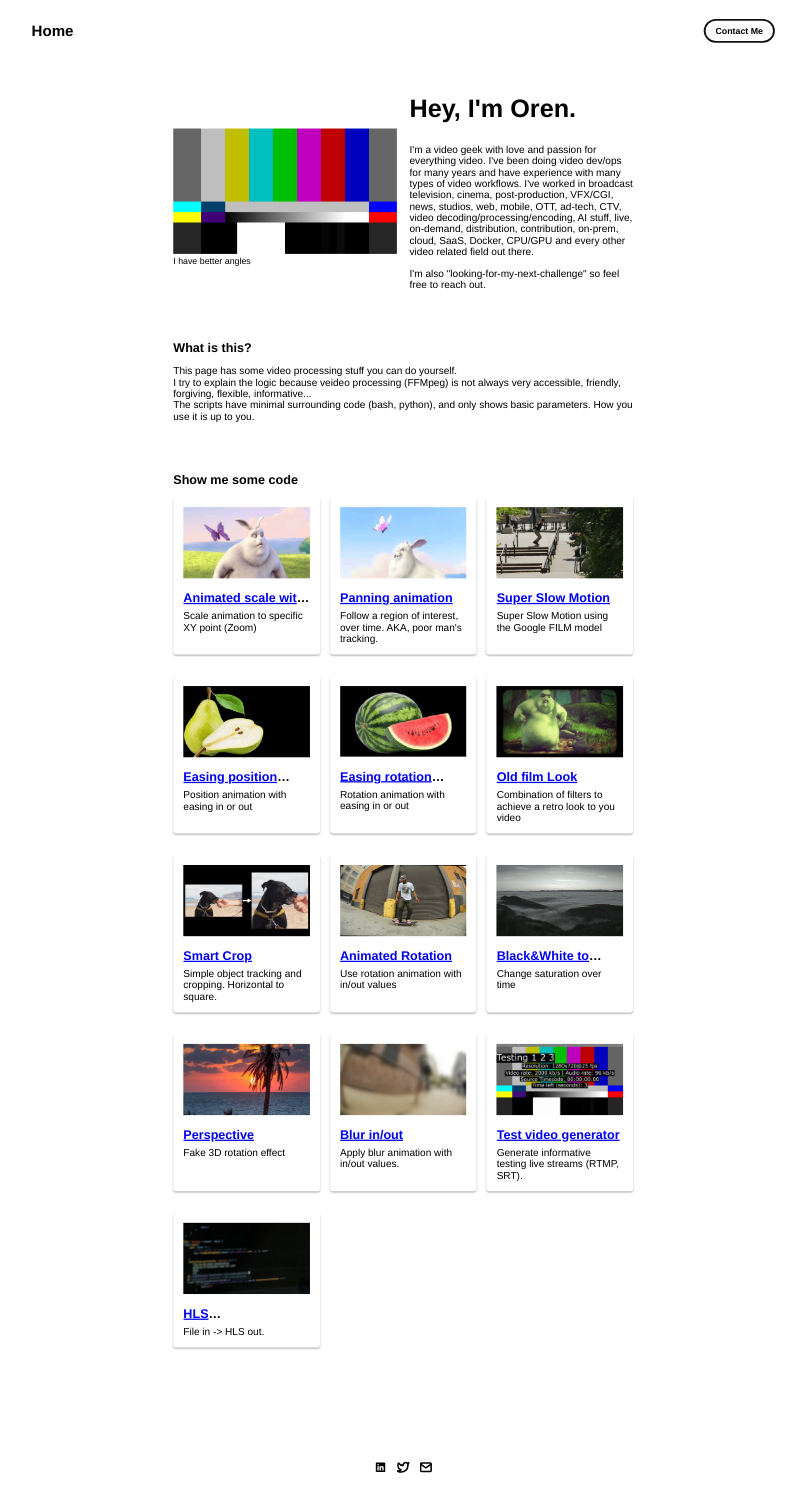
Repository: OrenShalmy/orenshalmy.github.io
Page: index.html
These files come from the project's save history. The page is drawn as it stood at one moment and after the next save; the edit follows.
The browser window is 1280 px wide. The pictures show the whole page, at 63% of full size.

Above is the page before, as saved 2024-09-16 16:27:45.

After the next save:
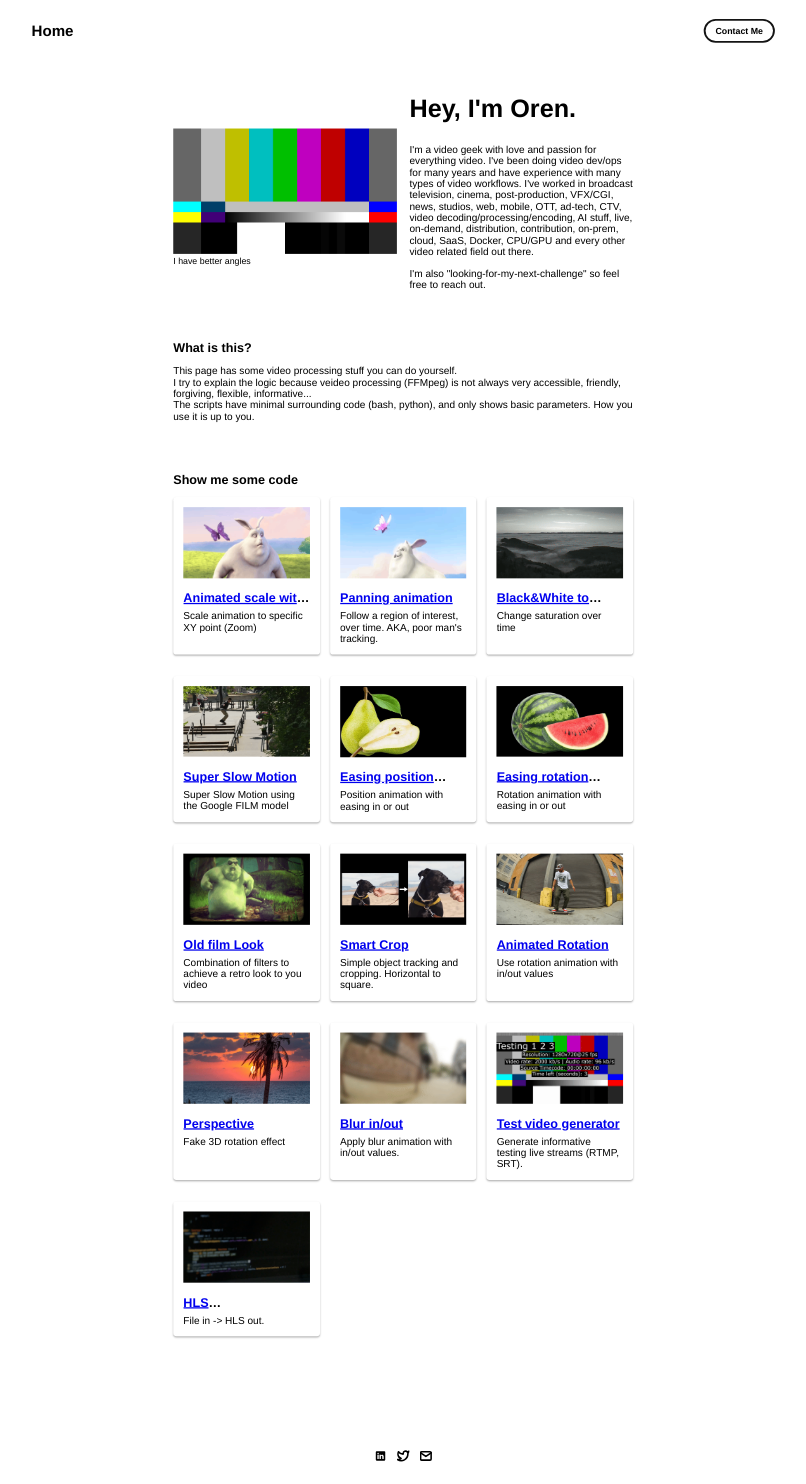
Saved 60 s later.
--- a/index.html
+++ b/index.html
@@ -80,6 +80,14 @@
           </div>
         </div>
 
+        <div class="project-card">
+          <img src="assets/media/eq.gif">
+          <div class="project-card-text-container">
+          <div class="subheader-text project-title"><a href="project-pages/saturation.html">Black&White to color</a></div>
+          <div class="body-text project-card-text">Change saturation over time</div>
+        </div>
+      </div>
+
           <div class="project-card">
             <img src="assets/media/ssm.gif">
           <div class="project-card-text-container">
@@ -125,14 +133,6 @@
           <div class="project-card-text-container">
           <div class="subheader-text project-title"><a href="project-pages/animatedrotate.html">Animated Rotation</a></div>
           <div class="body-text project-card-text">Use rotation animation with in/out values</div>
-        </div>
-      </div>
-
-      <div class="project-card">
-          <img src="assets/media/eq.gif">
-          <div class="project-card-text-container">
-          <div class="subheader-text project-title"><a href="project-pages/saturation.html">Black&White to color</a></div>
-          <div class="body-text project-card-text">Change saturation over time</div>
         </div>
       </div>
 
